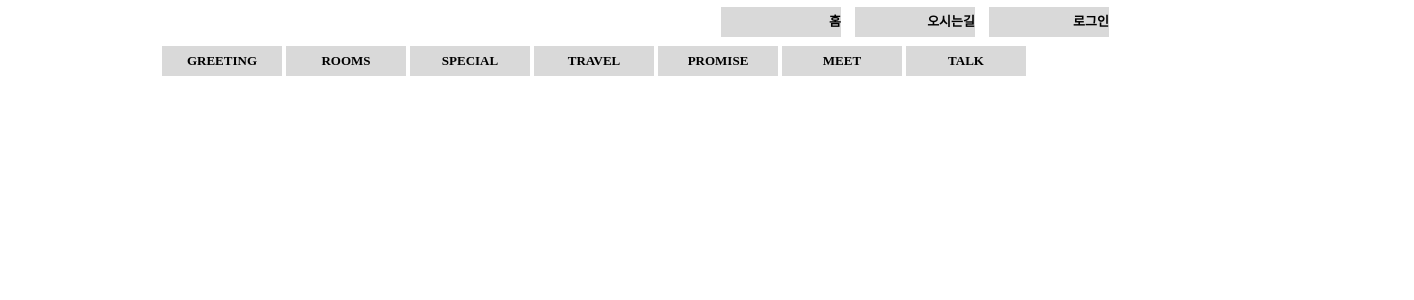
Repository: hojohe/bit-java
Page: 07_css/WebContent/99_exam/exam03.html
An editor plug-in stored every save of this project. The page is shown before and after the next save, followed by the edit.
The browser window is 1280 px wide. The page is 1414 px wide, then 1280 px, so the pictures cover 1414 px, including what lies to the right of the window. The pictures show the whole page.

Above is the page before, as saved 2017-01-25 05:51:03.

After the next save:
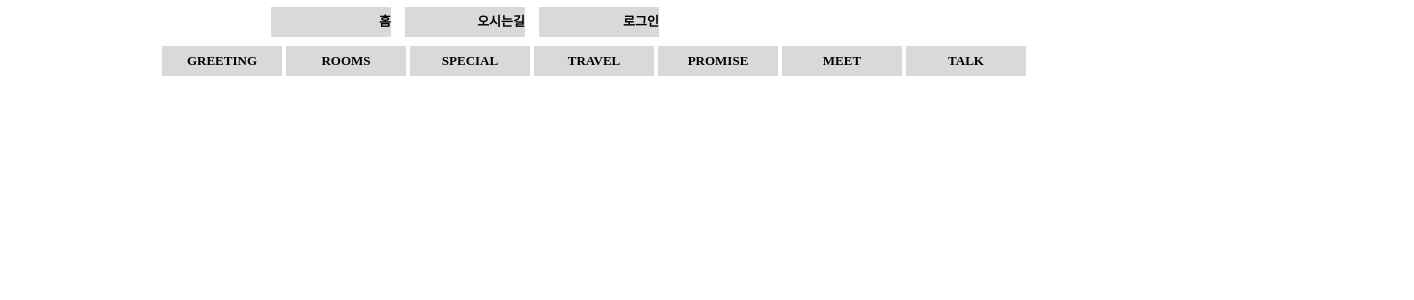
Saved 13 s later.
--- a/07_css/WebContent/99_exam/exam03.css
+++ b/07_css/WebContent/99_exam/exam03.css
@@ -11,7 +11,7 @@ a {	text-decoration: none; transition: .7s; }
 
 li { list-style: none; }
 
-ul.headerLnb { width:700px; margin: 0 650px; }
+ul.headerLnb { width:700px; margin: 0 200px; }
 ul.headerLnb > li { float:left; }
 ul.headerLnb a {
 	background: #d9d9d9;
